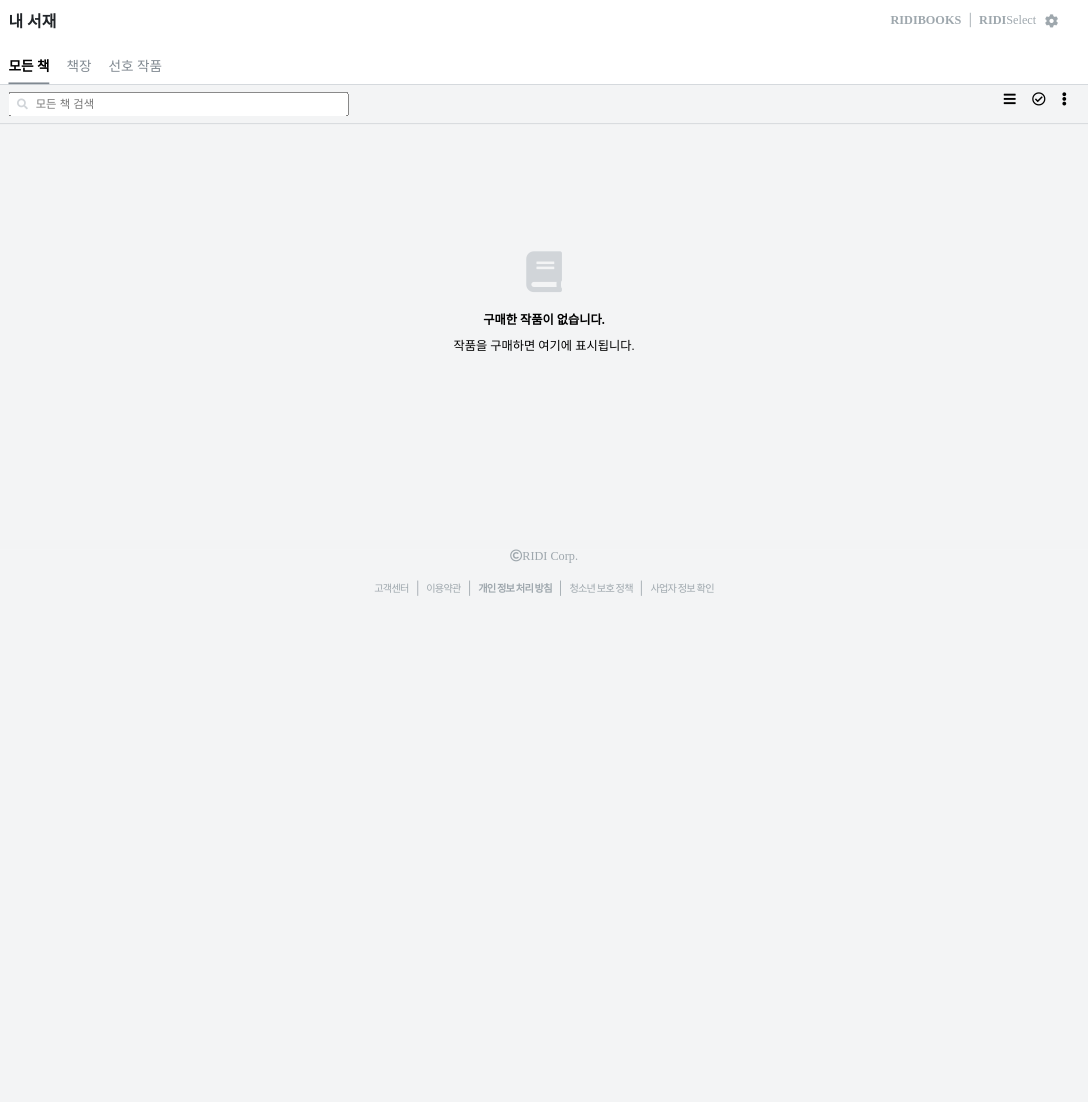
Repository: mega-teamproject/teamproject1
Page: html/my study.html
These files come from the project's save history. The page is drawn as it stood at one moment and after the next save; the edit follows.
The browser window is 1280 px wide. The pictures show the whole page, at 85% of full size.

Above is the page before, as saved 2022-01-04 00:37:03.

After the next save:
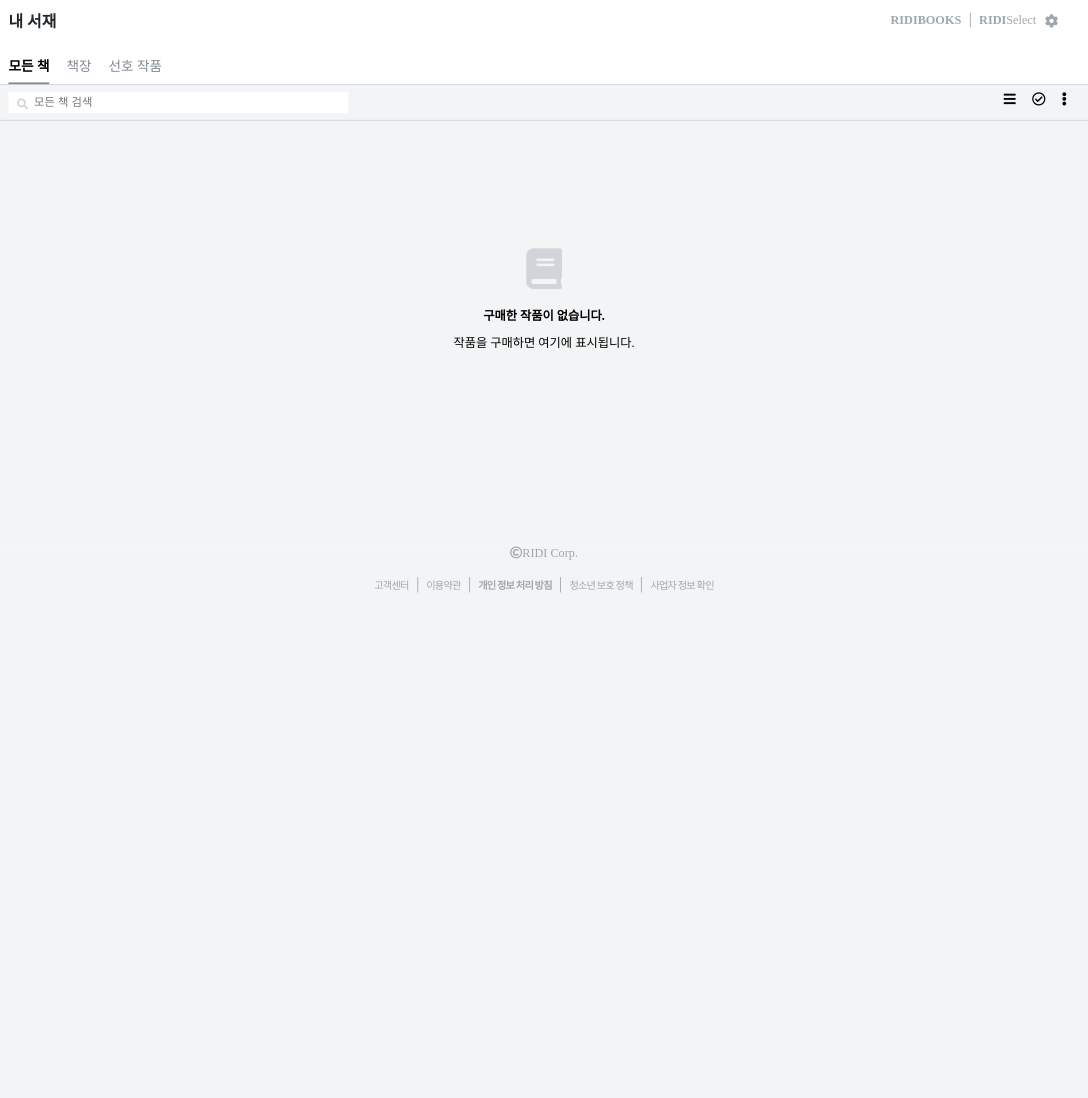
Saved 6 s later.
--- a/css/mystudy.css
+++ b/css/mystudy.css
@@ -142,7 +142,7 @@
 section .search input {
   padding: 5px 30px;
   width: 400px;
-  outline: none;
+  border: none;
 }
 
 section .search .input i {
